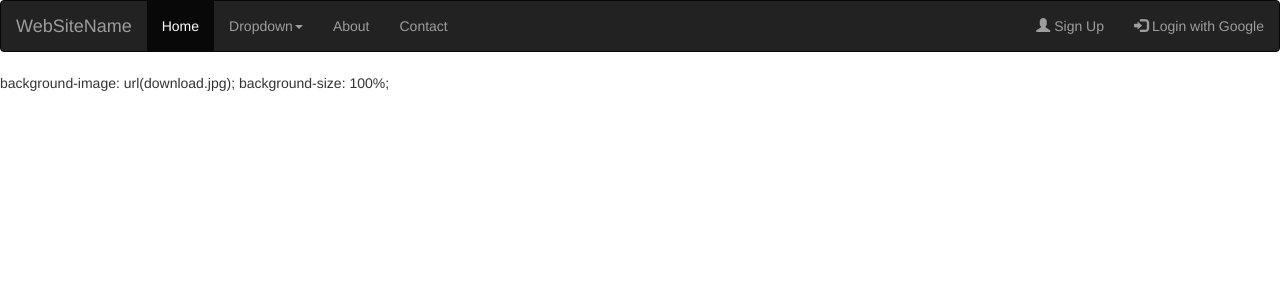
Repository: punithavathi/J2EEconcepts
Page: Bootstrap/war/index.html
These files come from the project's save history. The page is drawn as it stood at one moment and after the next save; the edit follows.
The browser window is 1280 px wide. The pictures show the whole page.
Some web libraries are served in a nearby version.

Above is the page before, as saved 2015-10-28 16:56:57.

After the next save:
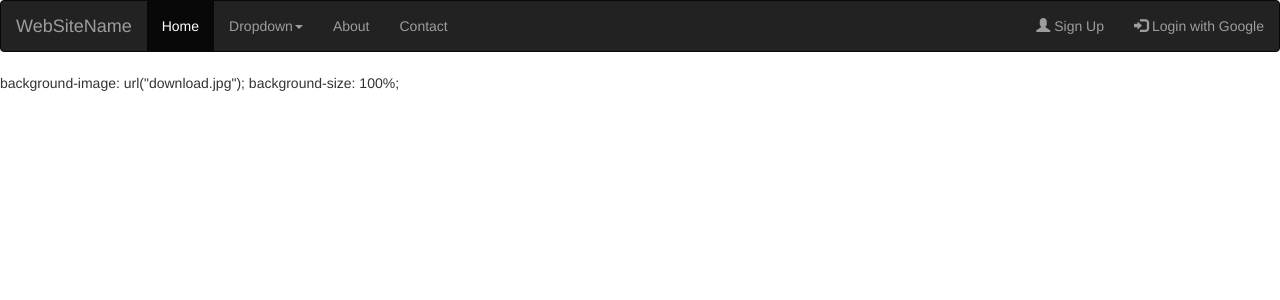
Saved 52 s later.
--- a/Bootstrap/war/index.html
+++ b/Bootstrap/war/index.html
@@ -44,7 +44,7 @@
  </div>
 </div>
 <div class=".bgimage">
-background-image: url(download.jpg);
+background-image: url("download.jpg");
 background-size: 100%;
 </div>
 
